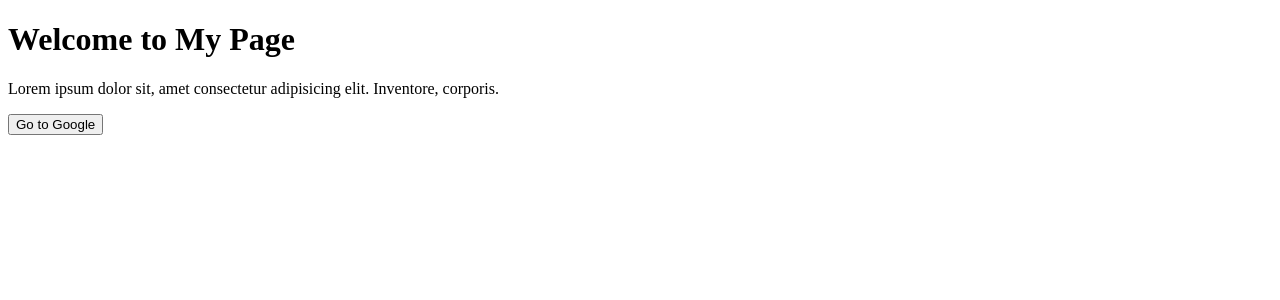
Repository: cs-fullstack-2020-spring/javascript-classes-cw-Awhit-commits
Page: index.html
The author's editor kept a copy of each file at every save. The page is drawn from the files as they stood at one save, then again after a run of saves.
The browser window is 1280 px wide. The pictures show the whole page.

Above is the page before, as saved 2021-01-06 11:53:10.

After the next 2 saves:
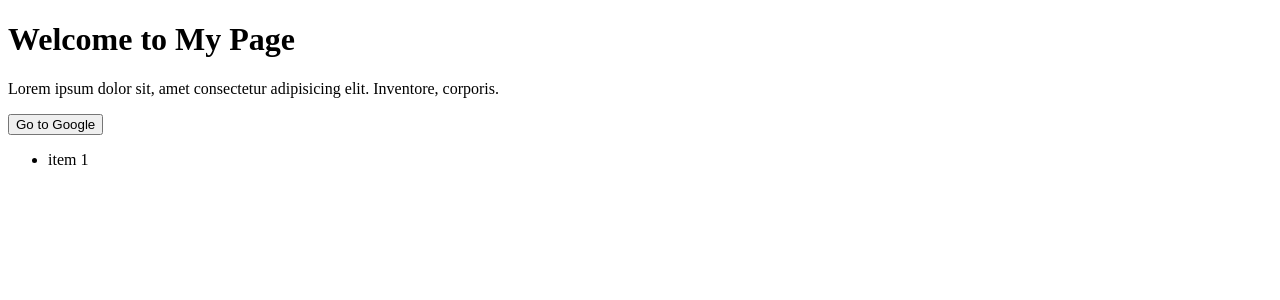
The 2 saves are shown as one change because they came seconds apart.
The last was saved 42 s later.
--- a/index.html
+++ b/index.html
@@ -10,6 +10,8 @@
     <p>Lorem ipsum dolor sit, amet consectetur adipisicing elit. Inventore, corporis.</p>
     <a href = "https://google.com"><button> Go to Google</button></a>
 
-
+    <ul>
+        <li>item 1 </li>
+    </ul>
 </body>
 </html>
